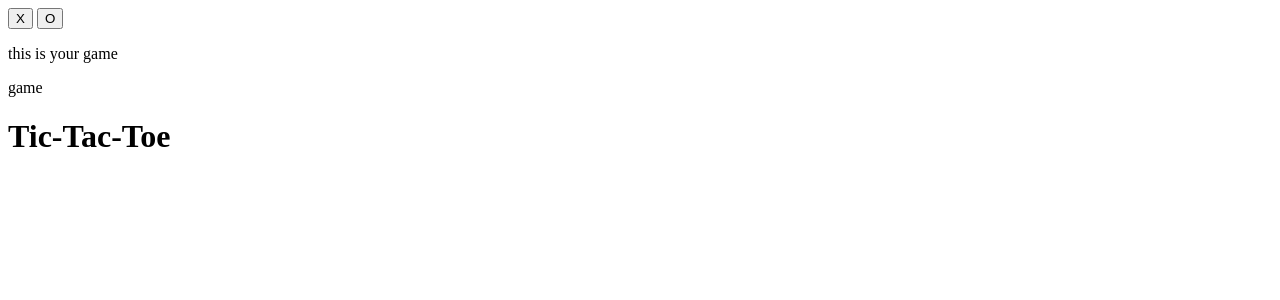
Repository: vahid242/viGame
Page: http://localhost/tic-tac-toe
The author's editor kept a record of every edit. The page is drawn from the files as they stood at one moment, then again after the next edit.
The browser window is 1280 px wide. The pictures show the whole page.
Some web libraries are served in a nearby version. The page is served by the project's Node server (v1/app.js).

Above is the page before.

### v1/views/tic.ejs
<!--<!DOCTYPE html>-->
<!--<html>-->
<!--    <head>-->
<!--        <title>Page Title</title>-->
<!--        <link rel="stylesheet" href="/stylesheets/tic.css">-->
<!--    </head>-->
<!--    <body>-->
<!--        <div class="container">-->
<!--            <div class="nav-wrapper">-->
<!--                <div class="left-side">-->
<!--                    <div class="nav-link-wrapper">-->
<!--                     <a href="/">Home</a>-->
<!--                    </div>-->

<!--                    <div class="nav-link-wrapper">-->
<!--                     <a href="/">About</a>-->
<!--                    </div>-->
<!--                </div>-->

<!--                <div class="right-side">-->
<!--                    <div class="brand">-->
<!--                        <div>ViGame</div>-->
<!--                    </div>-->
<!--                </div>-->
<!--            </div>-->

            <div class="upside">
                <div class="choose">
                    <button class="chooseBox" id="xChose">X</button>
                    <!--<div class="chooseBox" id="xChose">X</div>-->
                    <button class="chooseBox" id="oChose">O</button>
                    <!--<div class="chooseBox" id="oChose">O</div>-->
                </div>
                <div id="userChose">
                    <p id="para">this is your game</p>
                </div>
            </div>

            <div class="downside">
                <!-- display the board-->
                <div>game</div>
                <div class="container-board">
              <h1>Tic-Tac-Toe</h1>
              <div class="play-area">
                <div id="block_0" class="block"></div>
                <div id="block_1" class="block"></div>
                <div id="block_2" class="block"></div>
                <div id="block_3" class="block"></div>
                <div id="block_4" class="block"></div>
                <div id="block_5" class="block"></div>
                <div id="block_6" class="block"></div>
                <div id="block_7" class="block"></div>
                <div id="block_8" class="block"></div>
              </div>
            </div>
            </div>
        <!--</div>-->
    </body>
    <script src="/scripts/tic.js"></script>
</html>

### v1/app.js
var express = require("express");
var app = express();

app.set("view engine", "ejs");
app.use(express.static("public"));

app.get("/", function(req, res){
    res.render("home");
});

app.get("/tic-tac-toe", function(req, res){
    res.render("tic");
});

app.get("/rps", function(req, res){
    res.render("rps");
});

app.listen(process.env.PORT, process.env.IP, function(){
    console.log("The server has started");
});

### v1/public/scripts/tic.js
var xchose = document.getElementById("xChose");
var ochose = document.getElementById("oChose");
var para = document.getElementById("para");
var block0 = document.getElementById("block_0");
var block1 = document.getElementById("block_1");
var block2 = document.getElementById("block_2");
var block3 = document.getElementById("block_3");
var block4 = document.getElementById("block_4");
var block5 = document.getElementById("block_5");
var block6 = document.getElementById("block_6");
var block7 = document.getElementById("block_7");
var block8 = document.getElementById("block_8");
var block=[block0, block1, block2, block3, block4,
block5, block6, block7, block8];
var turn;
var player="X";
var computer = "O";
choose();
// initializeBoard();





function choose(){
    xchose.onclick = function(){
        turn = 1;
        para.innerHTML = "X turn";
        this.disabled= true;
        ochose.disabled =true;
        xchose.classList.add("select");
        palyGame(turn);
     }

    ochose.onclick = function(){
        turn = -1;
        para.innerHTML = "O turn"
        this.disabled= true;
        xchose.disabled =true;
        ochose.classList.add("select");
        palyGame(turn);
    }
}

function palyGame(turn){
    for(var i=0; i<9; i++){
        if(turn == 1){
            block0.onclick = function(){
                block0.innerHTML = player;
                turn = -1;
            }
        }
    }
}

// function initializeBoard(){
//     for(var i=0; i < 9; i++){
//         console.log(userChose);
//          block[i].onclick = function(){
//             block[i].innerHTML = player;
//             userChose = -1;
//         }
//     }

    // if(userChose ===1){
    //     console.log(userChose);
        // block0.onclick = function(){
        //     block0.innerHTML = player;
        //     userChose = -1;
        // }
        // block1.onclick = function(){
        //     block1.innerHTML = player;
        // }
        // block2.onclick = function(){
        //     block2.innerHTML = player;
        // }
        // block3.onclick = function(){
        //     block3.innerHTML = player;
        // }
        // block4.onclick = function(){
        //     block4.innerHTML = player;
        // }
        // block5.onclick = function(){
        //     block5.innerHTML = player;
        // }
        // block6.onclick = function(){
        //     block6.innerHTML = player;
        // }
        // block7.onclick = function(){
        //     block7.innerHTML = player;
        // }
        // block8.onclick = function(){
        //     block8.innerHTML = player;
        // }
    // }
    // else if(userChose === -1){
    //     block0.onclick = function(){
    //         block0.innerHTML = computer;
    //     }
    //     block1.onclick = function(){
    //         block1.innerHTML = computer;
    //     }
    //     block2.onclick = function(){
    //         block2.innerHTML = computer;
    //     }
    //     block3.onclick = function(){
    //         block3.innerHTML = computer;
    //     }
    //     block4.onclick = function(){
    //         block4.innerHTML = computer;
    //     }
    //     block5.onclick = function(){
    //         block5.innerHTML = computer;
    //     }
    //     block6.onclick = function(){
    //         block6.innerHTML = computer;
    //     }
    //     block7.onclick = function(){
    //         block7.innerHTML = computer;
    //     }
    //     block8.onclick = function(){
    //         block8.innerHTML = computer;
    //     }
    // }
// }

### v1/views/partials/header.ejs
<!DOCTYPE html>
<html>
    <head>
        <title>Page Title</title>
        <link rel="stylesheet" href="/stylesheets/home.css">
        <link rel="stylesheet" href="https://cdnjs.cloudflare.com/ajax/libs/font-awesome/5.12.1/css/all.min.css">
        <link href="https://fonts.googleapis.com/css?family=Lato&display=swap" rel="stylesheet">
    </head>
    <body>

### v1/public/stylesheets/home.css
/* Master styles*/
body{
    font-family: "lato", sans-serif;
    margin: 0px;
}

container{
    display: grid;
    grid-template-columns: 1fr;
}

/* Nav styles*/
.nav-wrapper{
    display: flex;
    justify-content:space-between;
    padding:35px;
}
.left-side{
    display: flex;
}

.nav-wrapper > .left-side > div{
    margin-right: 20px;
    font-size: 0.9em;
    text-transform: uppercase;
}

.nav-link-wrapper{
    height: 22px;
    border-bottom: 1px solid transparent;
    transition: border-bottom 0.5s;
}

.nav-link-wrapper a{
    color: #8a8a8a;
    text-decoration: none;
    transition: color 0.5s;
}

.nav-link-wrapper:hover {
    border-bottom:1px solid black;
}

.nav-link-wrapper a:hover{
    color: black;
}

/* Portfolia styles*/

.portfolio-items-wrapper{
    display: grid;
    grid-template-columns: 1fr 1fr 1fr;
    margin: 0 30px;
    grid-column-gap: 15px;
}

.portfolio-item-wrapper{
    position: relative;
}

.profolio-img-background{
    height: 350px;
    width: 100%;
    background-size: cover;
    background-position: center;
    background-repeat: no-repeat;
}

.img-text-wrapper{
    position: absolute;
    top: 0;
    display: flex;
    flex-direction: column;
    justify-content: center;
    align-items: center;
    height: 100%;
    text-align: center;
    padding-left: 100px;
    padding-right: 100px;
}


 /*logo image or icon*/
/*.logo-wrapper i {*/
/*    width: 50%;*/
/*    margin-bottom: 20px;*/
/*}*/

.img-text-wrapper i{
    color:transparent;
}

.img-text-wrapper:hover i{
    transition: 1s;
    color: white;
}

.img-text-wrapper .subtitle{
    transition: 1s;
    font-weight: 600;
    color:transparent;
}

.img-text-wrapper:hover .subtitle{
    font-weight: 600;
    color:lightseagreen;
}



.img-dark{
    transition: 1s;
    filter: brightness(15%);
}

@media screen and (max-width: 725px){
    .portfolio-items-wrapper{
        display: grid;
        grid-template-columns: 1fr 1fr;
        margin: 0 30px;
        grid-column-gap: 20px;
        grid-row-gap: 20px;
    }
}

After the next edit:
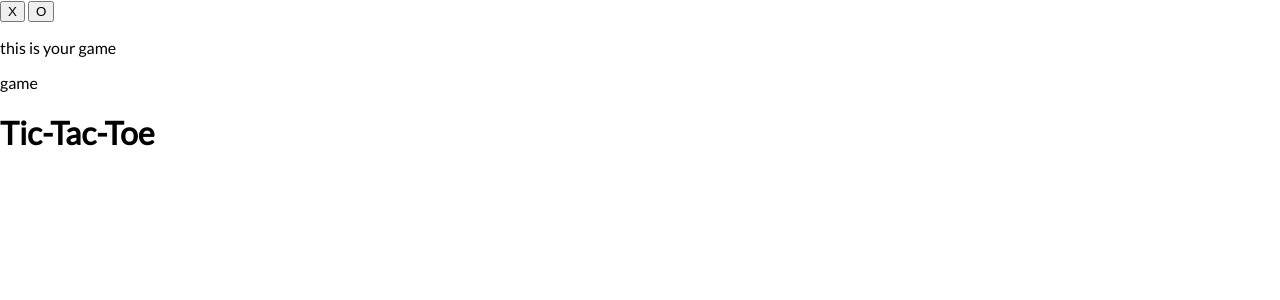
The edit:
--- a/v1/views/tic.ejs
+++ b/v1/views/tic.ejs
@@ -1,29 +1,4 @@
-<!--<!DOCTYPE html>-->
-<!--<html>-->
-<!--    <head>-->
-<!--        <title>Page Title</title>-->
-<!--        <link rel="stylesheet" href="/stylesheets/tic.css">-->
-<!--    </head>-->
-<!--    <body>-->
-<!--        <div class="container">-->
-<!--            <div class="nav-wrapper">-->
-<!--                <div class="left-side">-->
-<!--                    <div class="nav-link-wrapper">-->
-<!--                     <a href="/">Home</a>-->
-<!--                    </div>-->
-
-<!--                    <div class="nav-link-wrapper">-->
-<!--                     <a href="/">About</a>-->
-<!--                    </div>-->
-<!--                </div>-->
-
-<!--                <div class="right-side">-->
-<!--                    <div class="brand">-->
-<!--                        <div>ViGame</div>-->
-<!--                    </div>-->
-<!--                </div>-->
-<!--            </div>-->
-
+<%- include ('partials/header') %>
             <div class="upside">
                 <div class="choose">
                     <button class="chooseBox" id="xChose">X</button>
